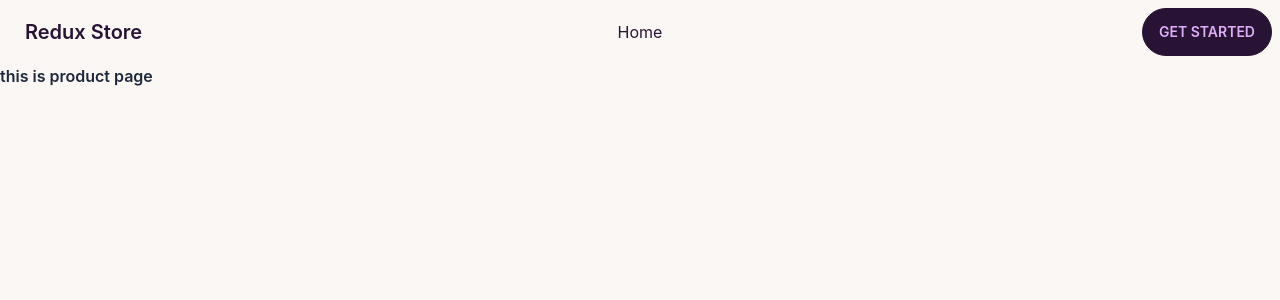
Repository: Tanvir3744/admin-portal
Page: /
The author's editor kept a copy of each file at every save. The page is drawn from the files as they stood at one save, then again after the next save.
The browser window is 1280 px wide. The pictures show the whole page.
The project was rebuilt for these pictures with package versions that can differ from the ones it lists, and the page was loaded fresh each time.

Above is the page before, as saved 2022-07-22 20:44:28.

After the next save:
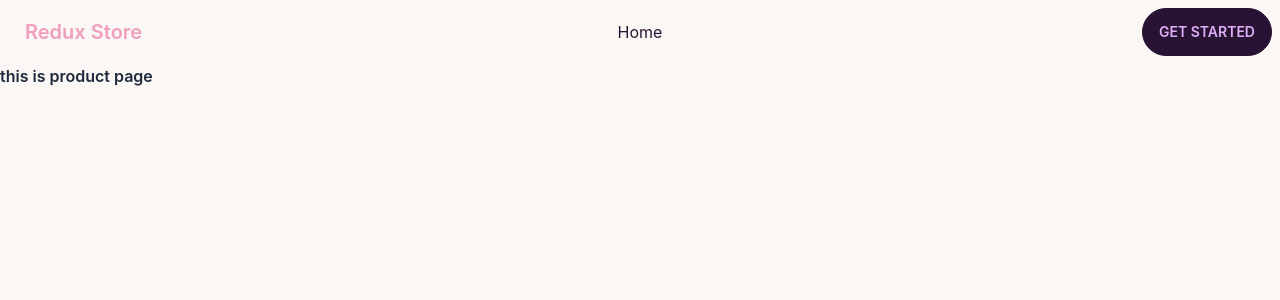
Saved 9 s later.
--- a/src/components/Header/Header.js
+++ b/src/components/Header/Header.js
@@ -17,7 +17,7 @@ const Header = () => {
                         </ul>
                     </div>
                     <Link to ="/" class="btn btn-ghost normal-case text-xl">
-                        <h2 className='font-semibold text-secoondary'>Redux Store</h2>
+                        <h2 className='font-semibold text-secondary'>Redux Store</h2>
                     </Link>
                 </div>
                 <div class="navbar-center hidden lg:flex">
